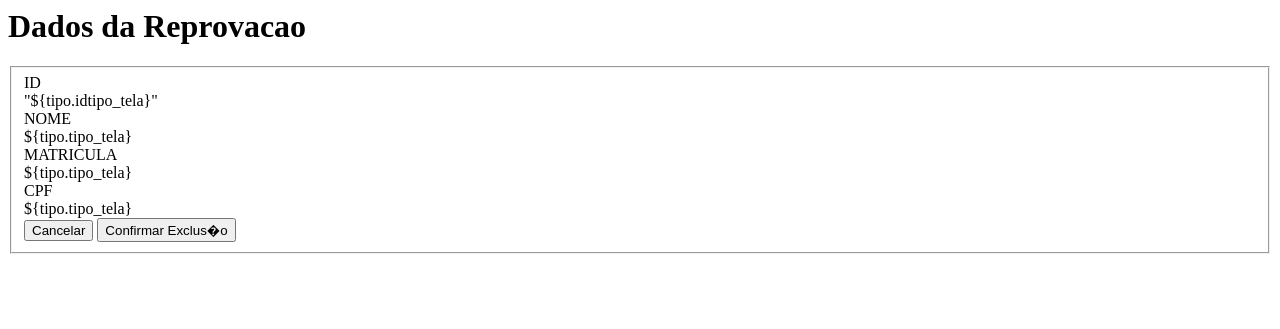
Repository: WilliamEstrela/trabalho1VA-PROG4
Page: CRUDLanManagerV5/WebContent/manterreprovacao/excluir.html
An editor plug-in stored every save of this project. The page is shown before and after the next save, followed by the edit.
The browser window is 1280 px wide. The pictures show the whole page.

Above is the page before, as saved 2019-09-05 23:34:36.

After the next save:
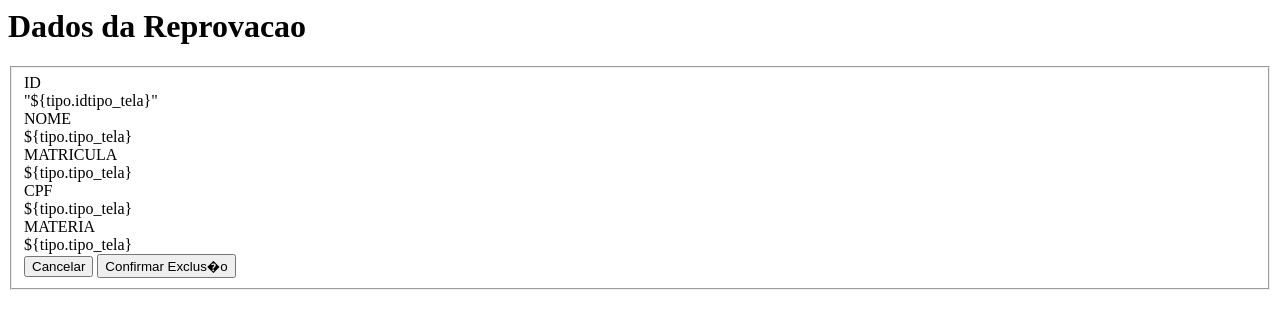
Saved 15 s later.
--- a/CRUDLanManagerV5/WebContent/manterreprovacao/excluir.html
+++ b/CRUDLanManagerV5/WebContent/manterreprovacao/excluir.html
@@ -35,6 +35,13 @@
                   </div>
 
                   <div class="form-group">
+                    <label for="tipo" class="col-lg-2 control-label">MATERIA</label>
+                    <div class="col-lg-10">
+                      ${tipo.tipo_tela}
+                    </div>
+                  </div>
+
+                  <div class="form-group">
                     <div class="col-lg-10 col-lg-offset-2">
                       <button class="btn btn-default">Cancelar</button>
                       <button type="submit" class="btn btn-primary">Confirmar Exclus�o</button>
